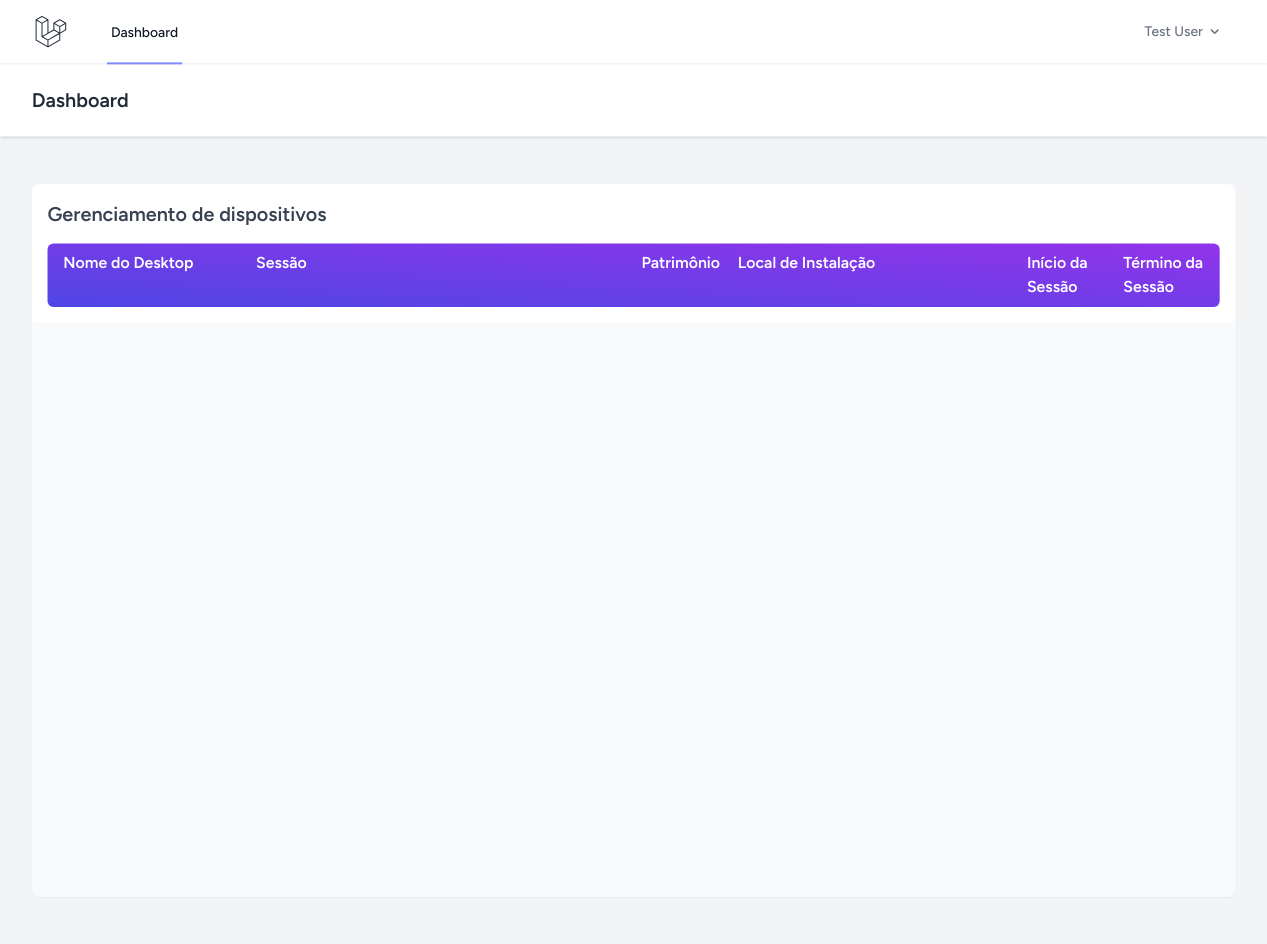
Repository: CrisMorgantee/device-logs
Page: http://localhost/dashboard
An editor plug-in stored every save of this project. The page is shown before and after the next save, followed by the edit.
The browser window is 1280 px wide. The pictures show the whole page, at 99% of full size.
The page is served by the project's Laravel application, run on PHP 8.4 with Laravel 10. A made-up administrator, Test User (test@example.com), is signed in. Other server files are loaded and not shown. Style sheets and scripts are compiled from the project's sources, by tool versions that may differ from the author's. Queries for data that is not in the repository find no rows.

Above is the page before, as saved 2023-04-14 22:53:06.

### routes/web.php
<?php

use App\Http\Controllers\ProfileController;
use App\Http\Controllers\DeviceLogsController;
use Illuminate\Support\Facades\Route;

/*
|--------------------------------------------------------------------------
| Web Routes
|--------------------------------------------------------------------------
|
| Here is where you can register web routes for your application. These
| routes are loaded by the RouteServiceProvider and all of them will
| be assigned to the "web" middleware group. Make something great!
|
*/

Route::get('/', function () {
    return view('auth.login');
});

Route::get('/dashboard', [DeviceLogsController::class, 'index'])->middleware(['auth', 'verified'])->name('dashboard');

Route::middleware('auth')->group(function () {
    Route::get('/profile', [ProfileController::class, 'edit'])->name('profile.edit');
    Route::patch('/profile', [ProfileController::class, 'update'])->name('profile.update');
    Route::delete('/profile', [ProfileController::class, 'destroy'])->name('profile.destroy');
});

require __DIR__.'/auth.php';

### app/Http/Controllers/DeviceLogsController.php
<?php

namespace App\Http\Controllers;

use App\Models\DeviceLogs;
use Illuminate\Http\Request;

class DeviceLogsController extends Controller
{
    /**
     * Display a listing of the resource.
     */
    public function index()
    {
        $logs = DeviceLogs::all();

        return view('dashboard', ['logs' => $logs]);
    }

    /**
     * Show the form for creating a new resource.
     */
    public function create()
    {
        //
    }

    /**
     * Store a newly created resource in storage.
     */
    public function store(Request $request)
    {
        //
    }

    /**
     * Display the specified resource.
     */
    public function show(DeviceLogs $deviceLogs)
    {
        //
    }

    /**
     * Show the form for editing the specified resource.
     */
    public function edit(DeviceLogs $deviceLogs)
    {
        //
    }

    /**
     * Update the specified resource in storage.
     */
    public function update(Request $request, DeviceLogs $deviceLogs)
    {
        //
    }

    /**
     * Remove the specified resource from storage.
     */
    public function destroy(DeviceLogs $deviceLogs)
    {
        //
    }
}

### app/Models/DeviceLogs.php
<?php

namespace App\Models;

use Illuminate\Database\Eloquent\Factories\HasFactory;
use Illuminate\Database\Eloquent\Model;

class DeviceLogs extends Model
{
    use HasFactory;

    public $fillable = [
        'machine_name',
        'session',
        'patrimony',
        'location'
    ];


    protected $dates = [
      'start_session_at',
      'end_session_at'
  ];

}

### resources/views/dashboard.blade.php
<x-app-layout>
  <x-slot name="header">
    <h2 class="text-xl font-semibold leading-tight text-gray-800">
      {{ __('Dashboard') }}
    </h2>
  </x-slot>

  <div class="py-12">
    <div class="mx-auto max-w-7xl sm:px-6 lg:px-8">
      <div class="overflow-hidden bg-white shadow-sm sm:rounded-lg">
        <div class="min-h-screen bg-gray-50">
          <div class="rounded-md bg-white p-4">
            <h2 class="mb-4 text-xl font-bold text-gray-700">Gerenciamento de dispositivos</h2>

            <div
              class="text-md grid grid-cols-12 gap-4 rounded-md bg-gradient-to-tr from-indigo-600 to-purple-600 py-2 px-4 font-bold text-white">
              <div class="col-span-2">
                <span>Nome do Desktop</span>
              </div>
              <div class="col-span-4">
                <span>Sessão</span>
              </div>
              <div class="col-span-1">
                <span>Patrimônio</span>
              </div>
              <div class="col-span-3">
                <span>Local de Instalação</span>
              </div>
              <div class="col-span-1">
                <span>Início da Sessão</span>
              </div>
              <div class="col-span-1">
                <span>Término da Sessão</span>
              </div>
            </div>
            <div>
              @foreach ($logs as $deviceLog)
                <div class="mt-4 grid grid-cols-12 gap-4 border-t px-4 text-sm font-normal first:border-none">
                  <div class="col-span-2">
                    <span>{{ $deviceLog->machine_name }}</span>
                  </div>
                  <div class="col-span-3">
                    <span>{{ $deviceLog->session }}</span>
                  </div>
                  <div class="col-span-1">
                    <span>{{ $deviceLog->patrimony }}</span>
                  </div>
                  <div class="col-span-2">
                    <span>{{ $deviceLog->location }}</span>
                  </div>
                  <div class="col-span-2">
                    <span>{{ $deviceLog->start_session_at }}</span>
                  </div>
                  <div class="col-span-2">
                    <span>{{ $deviceLog->end_session_at }}</span>
                  </div>
                </div>
              @endforeach
            </div>
          </div>
        </div>
      </div>
    </div>

</x-app-layout>

Loaded but not shown: app/Providers/AppServiceProvider.php (common file); routes/auth.php (common file); app/Http/Controllers/Auth/EmailVerificationPromptController.php (common file); app/Http/Controllers/Controller.php (common file); app/Http/Controllers/Auth/VerifyEmailController.php (common file); app/Models/User.php (common file); app/View/Components/AppLayout.php (common file); resources/views/layouts/app.blade.php (common file); resources/views/layouts/navigation.blade.php (common file); resources/views/components/application-logo.blade.php (common file); resources/views/components/nav-link.blade.php (common file); resources/views/components/dropdown-link.blade.php (common file); resources/views/components/dropdown.blade.php (common file); resources/views/components/responsive-nav-link.blade.php (common file); resources/css/app.css (common file); tailwind.config.js (common file); resources/js/app.js (common file); resources/js/bootstrap.js (common file)

After the next save:
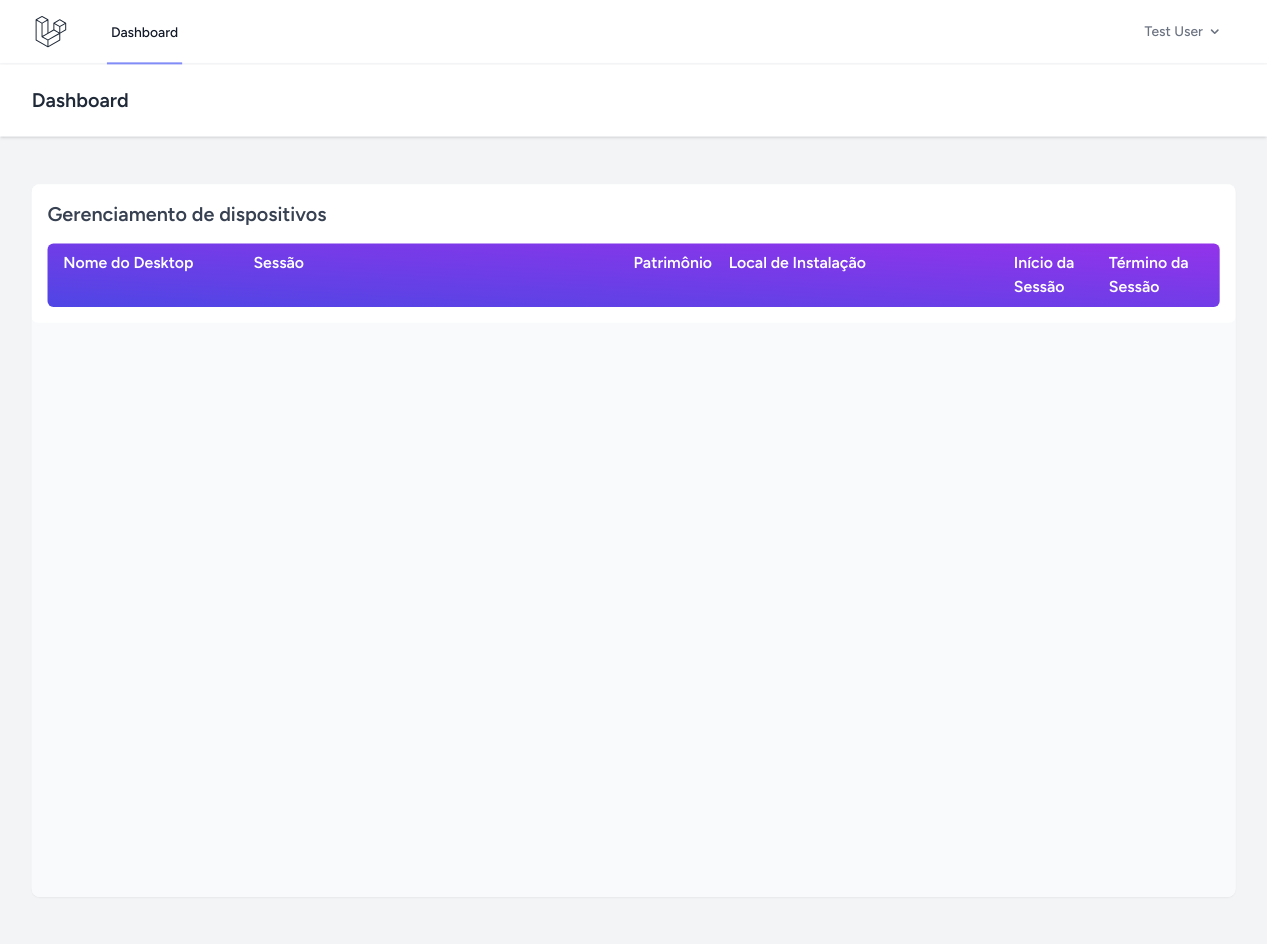
Saved 74 s later.
--- a/resources/views/dashboard.blade.php
+++ b/resources/views/dashboard.blade.php
@@ -13,7 +13,7 @@
             <h2 class="mb-4 text-xl font-bold text-gray-700">Gerenciamento de dispositivos</h2>
 
             <div
-              class="text-md grid grid-cols-12 gap-4 rounded-md bg-gradient-to-tr from-indigo-600 to-purple-600 py-2 px-4 font-bold text-white">
+              class="text-md grid grid-cols-12 rounded-md bg-gradient-to-tr from-indigo-600 to-purple-600 py-2 px-4 font-bold text-white">
               <div class="col-span-2">
                 <span>Nome do Desktop</span>
               </div>
